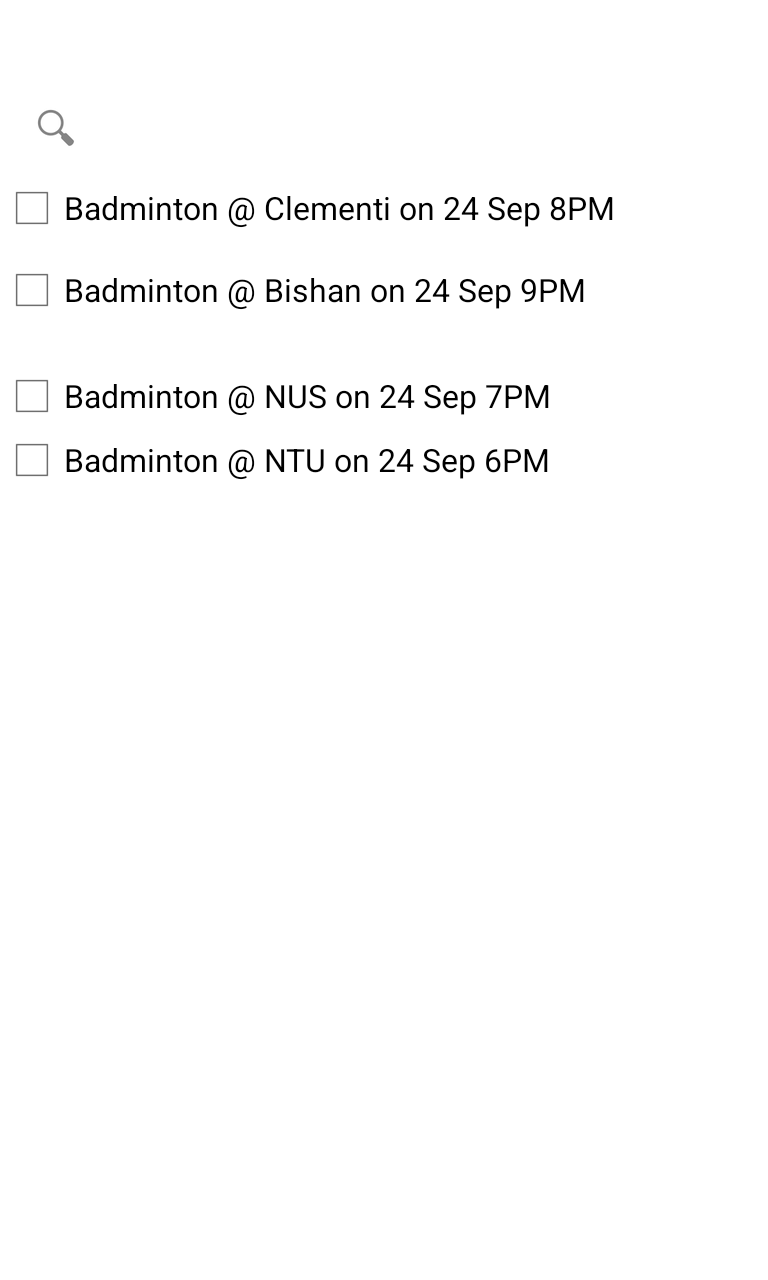
Repository: srikraj8341/srikanthrepo
Layout: android/MyFirstApp/res/layout/activity_games.xml
These files come from the project's save history. The layout is drawn as it stood at one moment and after the next save; the edit follows.
It is drawn on a 768 x 1280 px phone screen (xhdpi) without system bars, with theme AppTheme; the app's code is not run.

Above is the layout before, as saved 2012-09-23 03:05:01.

After the next save:
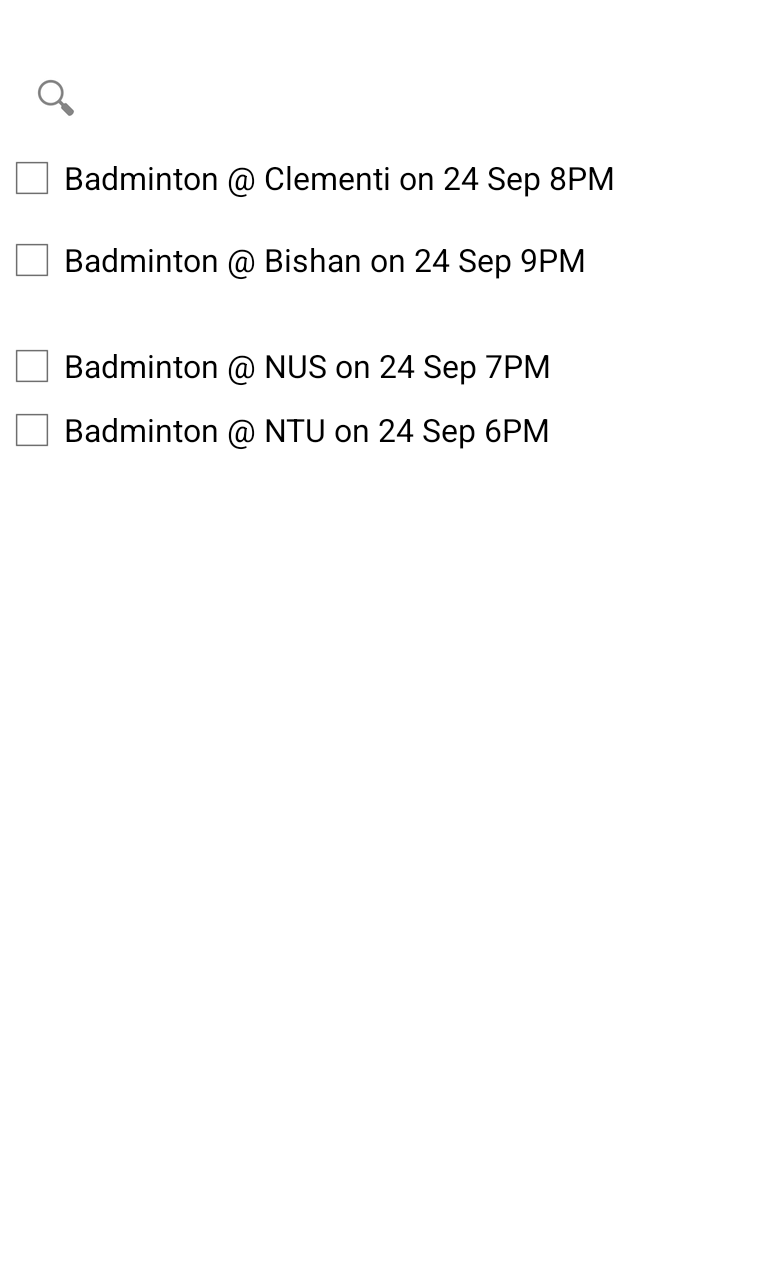
Saved 12 s later.
--- a/android/MyFirstApp/res/layout/activity_games.xml
+++ b/android/MyFirstApp/res/layout/activity_games.xml
@@ -8,7 +8,7 @@
         android:layout_width="wrap_content"
         android:layout_height="wrap_content"
         android:layout_alignParentTop="true"
-        android:layout_marginTop="40dp" >
+        android:layout_marginTop="25dp" >
     </SearchView>
 
     <TabWidget
